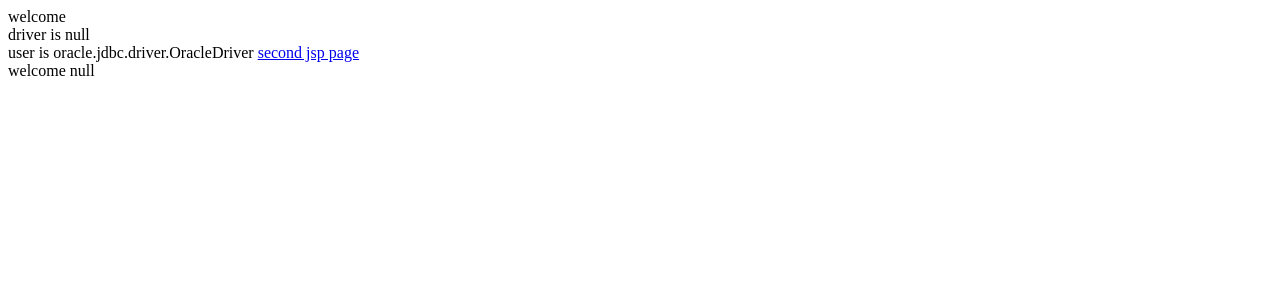
Repository: madhu124/Youtube-demo
Page: http://localhost/ImplicitObjects/welcome.jsp
The author's editor kept a copy of each file at every save. The page is drawn from the files as they stood at one save, then again after the next save.
The browser window is 1280 px wide. The pictures show the whole page.
The page is served by Tomcat 9.

Above is the page before, as saved 2017-06-02 15:25:03.

### ImplicitObjects/WebContent/welcome.jsp

<%-- out object,--%>
<%
out.println("welcome");
String driver=config.getInitParameter("dname");
out.println("<br> driver is "+driver);

String user=application.getInitParameter("user");
out.println("<br> user is "+user);

session.setAttribute("dname", driver);


%>
<a href="welcome1.jsp">second jsp page</a>

<%= " <br> welcome "+ request.getParameter("uname")

%>


<%-- response
<%

String name=request.getParameter("uname");
if(name.equals("vakula")){
response.sendRedirect("https://www.google.co.in/webhp?hl=en&tab=ww&gws_rd=ssl") ;} %>
--%>

After the next save:
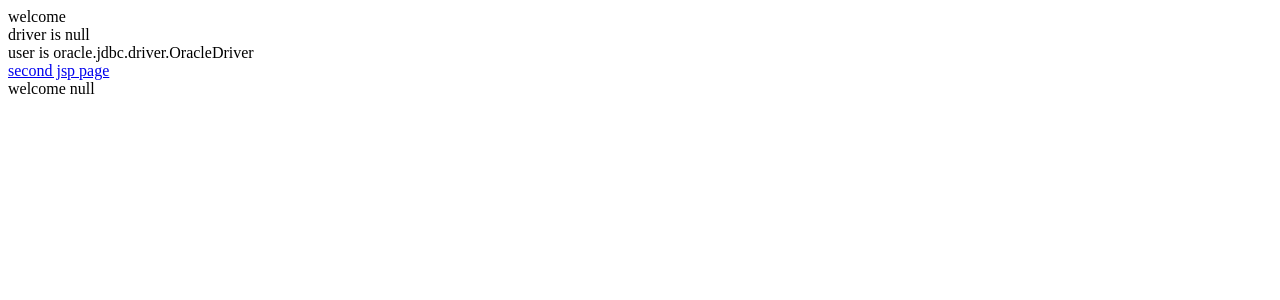
Saved 5 min 41 s later.
--- a/ImplicitObjects/WebContent/welcome.jsp
+++ b/ImplicitObjects/WebContent/welcome.jsp
@@ -7,8 +7,11 @@ out.println("<br> driver is "+driver);
 
 String user=application.getInitParameter("user");
 out.println("<br> user is "+user);
+out.println("<br>");
 
 session.setAttribute("dname", driver);
+
+pageContext.setAttribute("dname", driver,PageContext.SESSION_SCOPE);
 
 
 %>
